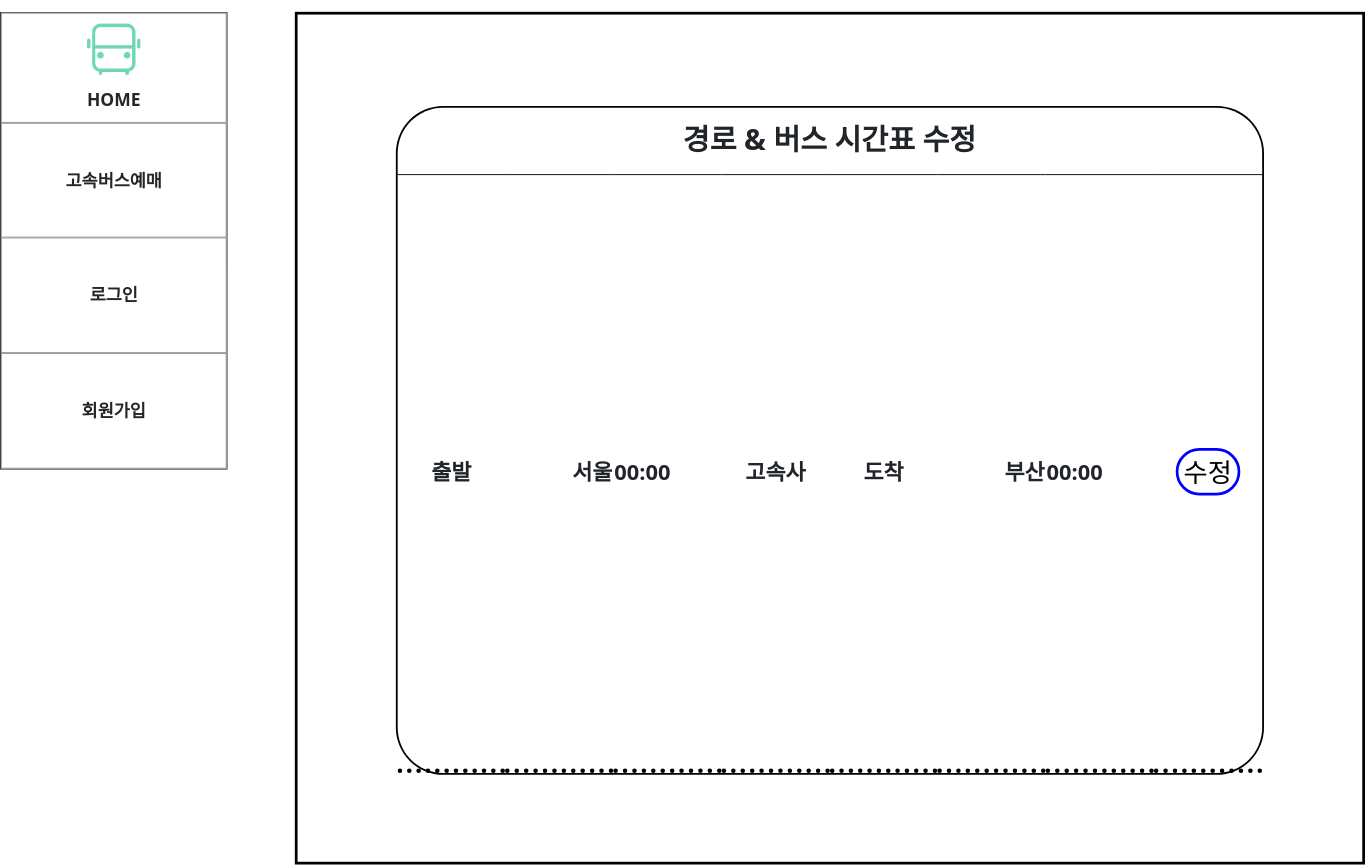
Repository: rudqhd79/spring_personal
Page: http://localhost/edit/edit
An editor plug-in stored every save of this project. The page is shown before and after the next save, followed by the edit.
The browser window is 1280 px wide. The page is 1500 px wide, so the pictures cover 1500 px, including what lies to the right of the window. The pictures show the whole page, at 91% of full size.
The page is this project's Thymeleaf template; nobody is signed in. The template is opened directly, without the code that normally fills it, so the values that code supplies are empty.

Above is the page before, as saved 2023-02-04 07:42:23.

After the next save:
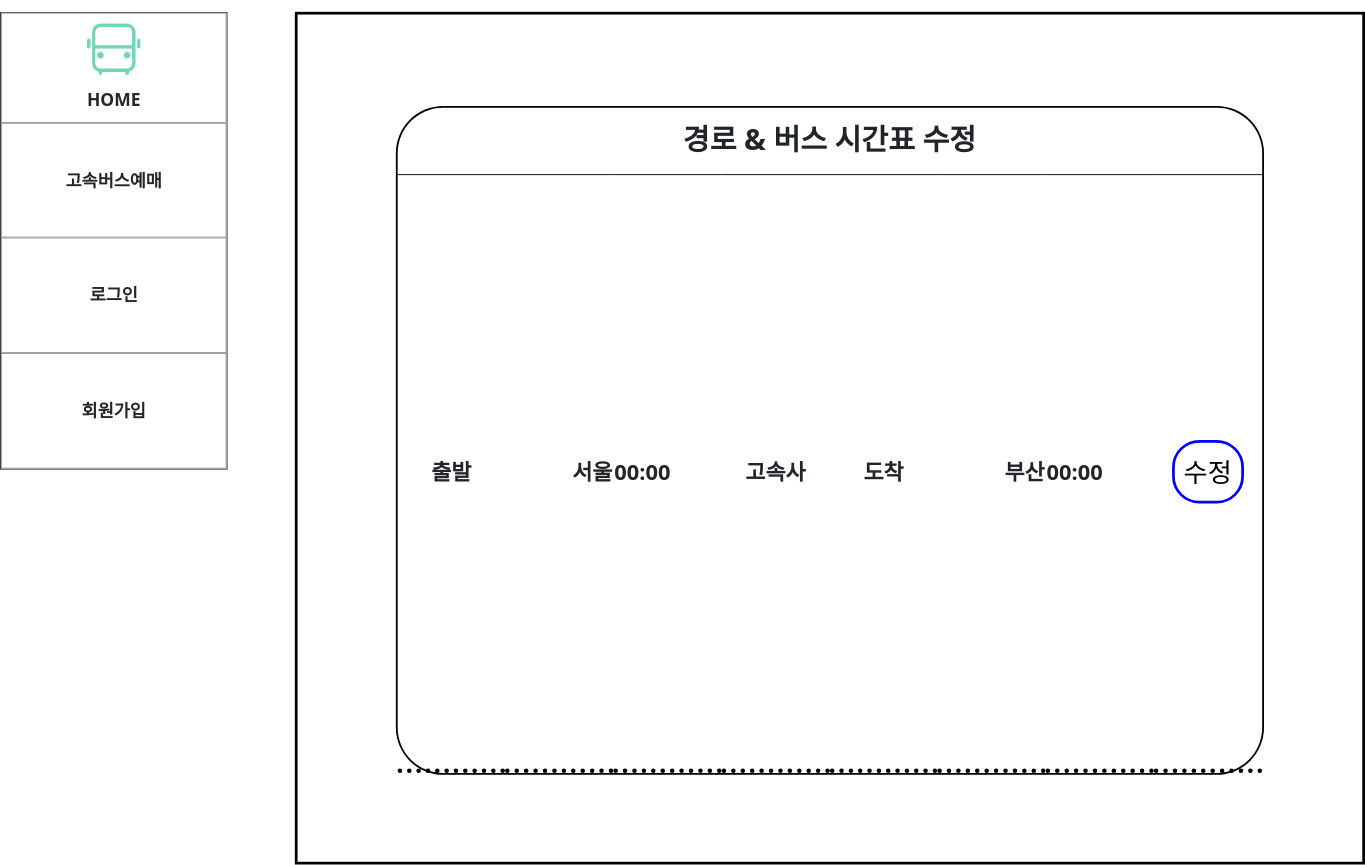
Saved 11 s later.
--- a/bus-reservation/src/main/resources/templates/edit/edit.html
+++ b/bus-reservation/src/main/resources/templates/edit/edit.html
@@ -48,7 +48,7 @@
 						<th class="" style="width:calc(100%/8); text-align: center">도착</th>
 						<th class="" style="width:calc(100%/8); text-align: right;">부산</th>
 						<th class="" style="width:calc(100%/8); text-align: left">00:00</th>
-						<th class="" style="width:calc(100%/8); text-align: center"><input type="submit" value="수정" onclick="location=''" style="border: 3px solid blue; border-radius: 30px; font-size: 1.2em; background:  white;" /></th>
+						<th class="" style="width:calc(100%/8); text-align: center"><input type="submit" value="수정" onclick="location=''" style="border: 3px solid blue; border-radius: 30px; font-size: 1.2em; background:  white; padding: 10px" /></th>
 					</tr>
 				</table>
 			</div>
